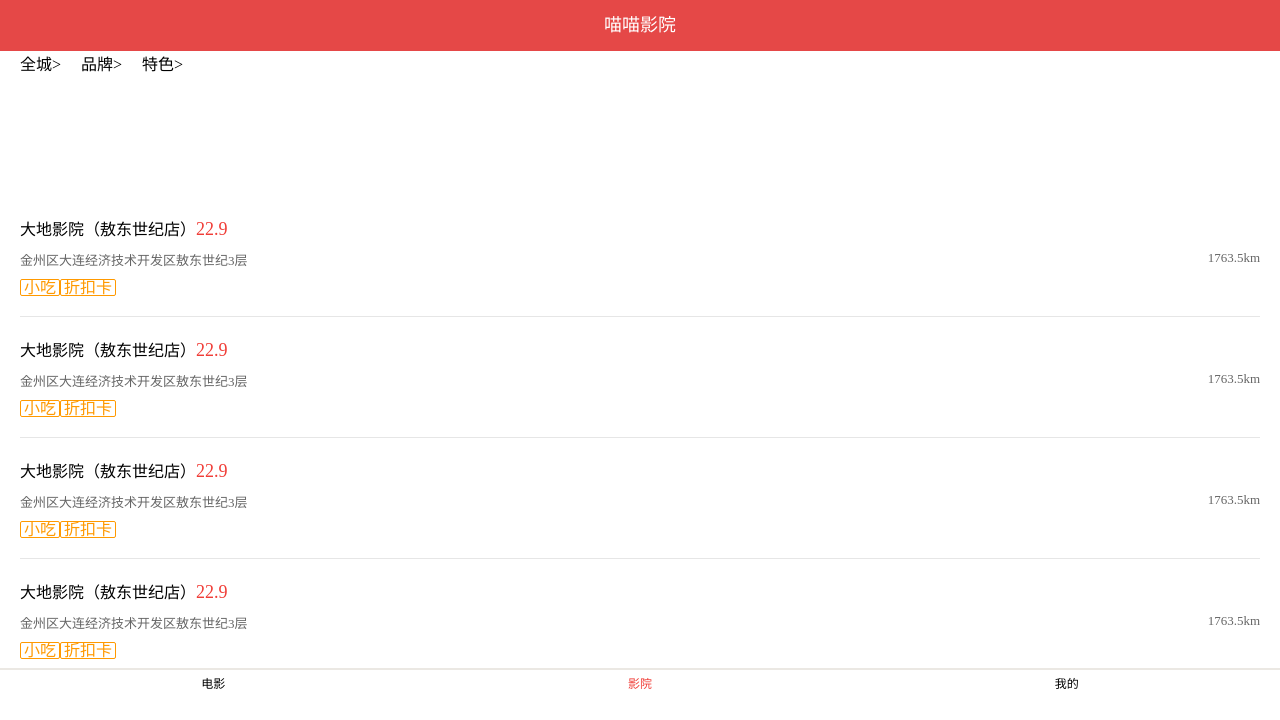
Repository: X-J-0/miaomiao_film
Page: /cinema (app in miaomiao/)
The author's editor kept a copy of each file at every save. The page is drawn from the files as they stood at one save, then again after the next save.
The browser window is 1280 px wide. The pictures show the whole page.
The project was rebuilt for these pictures with package versions that can differ from the ones it lists, and the page was loaded fresh each time. Also part of the build but not shown: miaomiao/src/components/Allocate/index.vue. Imported but missing from the stored project, and not drawn on this page: miaomiao/src/components/Brand, miaomiao/src/components/Special.

Above is the page before, as saved 2020-03-24 19:40:59.

After the next save:
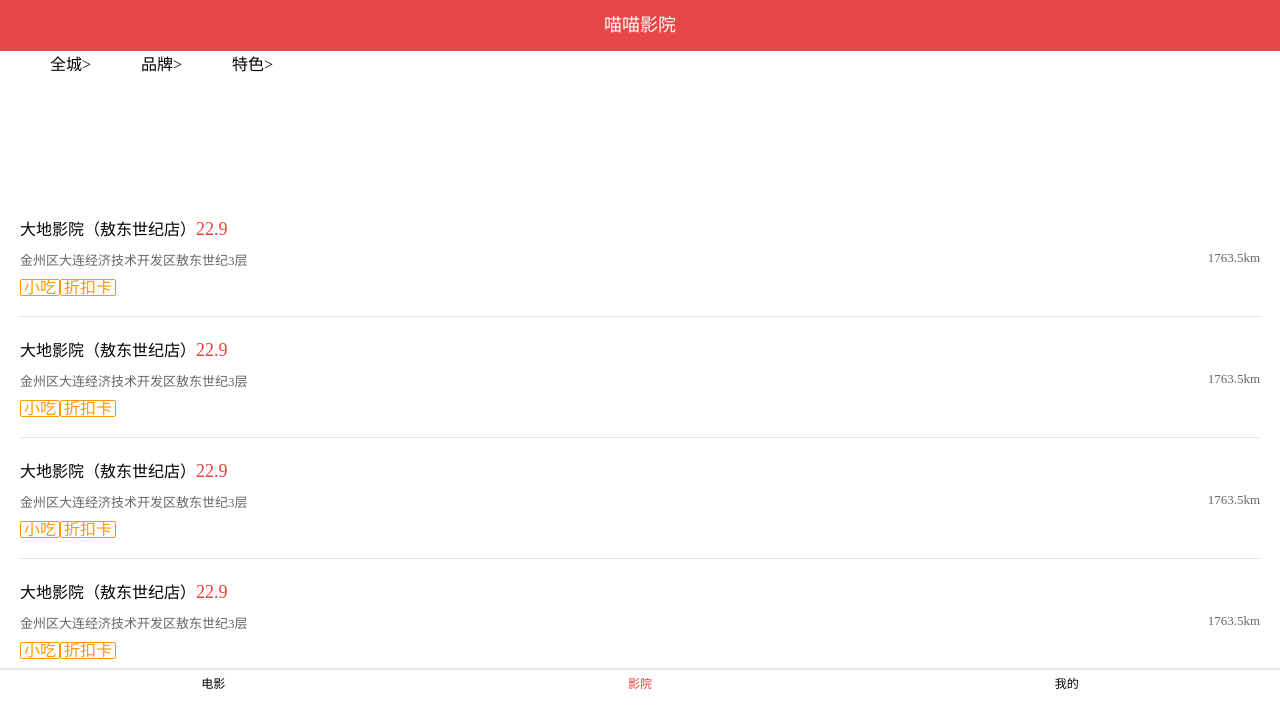
Saved 7 s later.
--- a/miaomiao/src/views/Cinema/index.vue
+++ b/miaomiao/src/views/Cinema/index.vue
@@ -41,7 +41,7 @@ export default {
 
 <style scoped>
 .cinema_menu li{
-  margin-left:20px;
+  margin-left:50px;
   float:left;
 }
 </style>
